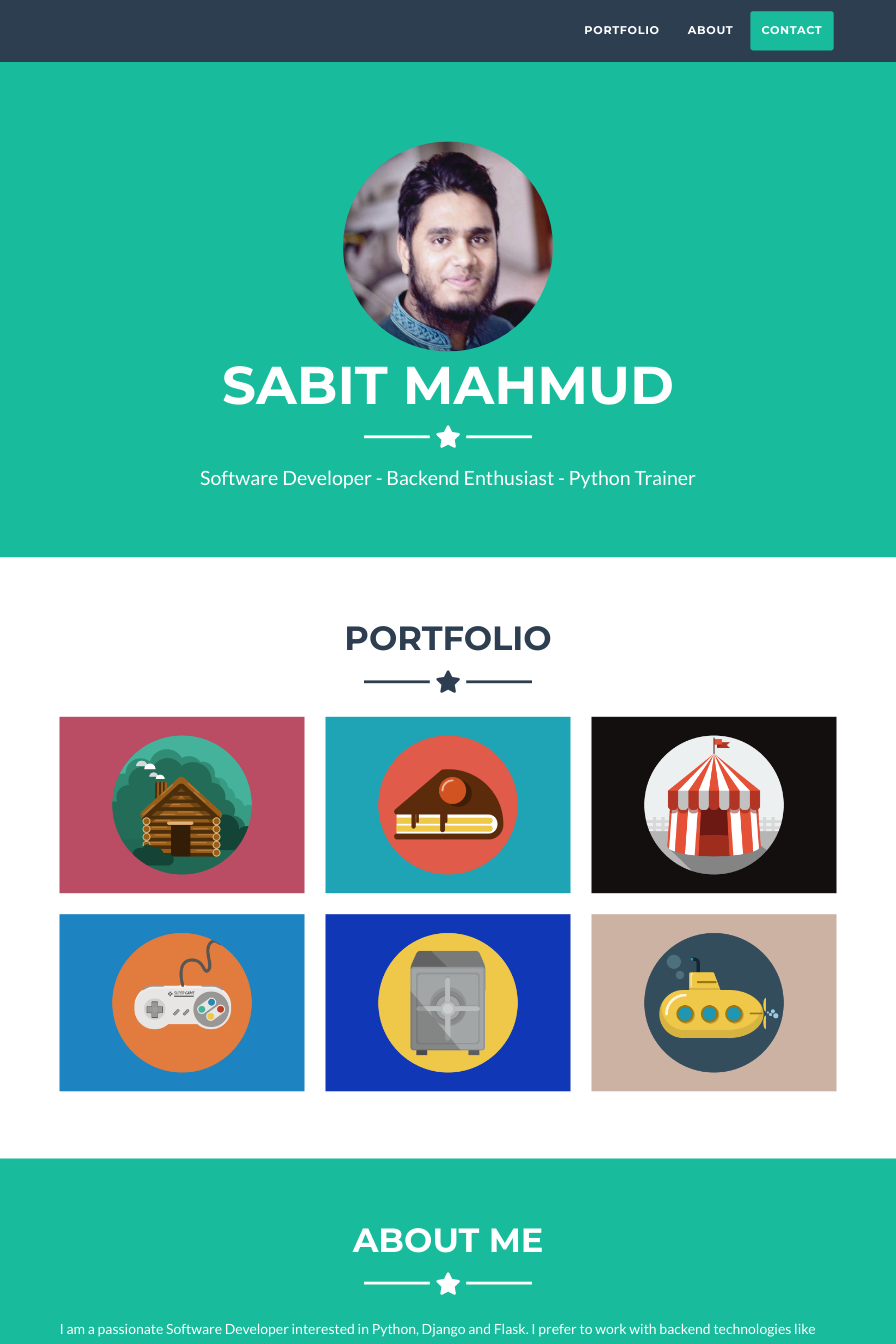
Repository: SabitDeepto/portfolio
Page: index.html
An editor plug-in stored every save of this project. The page is shown before and after the next save, followed by the edit.
The browser window is 1280 px wide. The pictures show the part of the page from y = 0 to 1920 px (the page is 3428 px tall), at 70% of full size.

Above is the page before, as saved 2019-04-04 23:50:01.

After the next save:
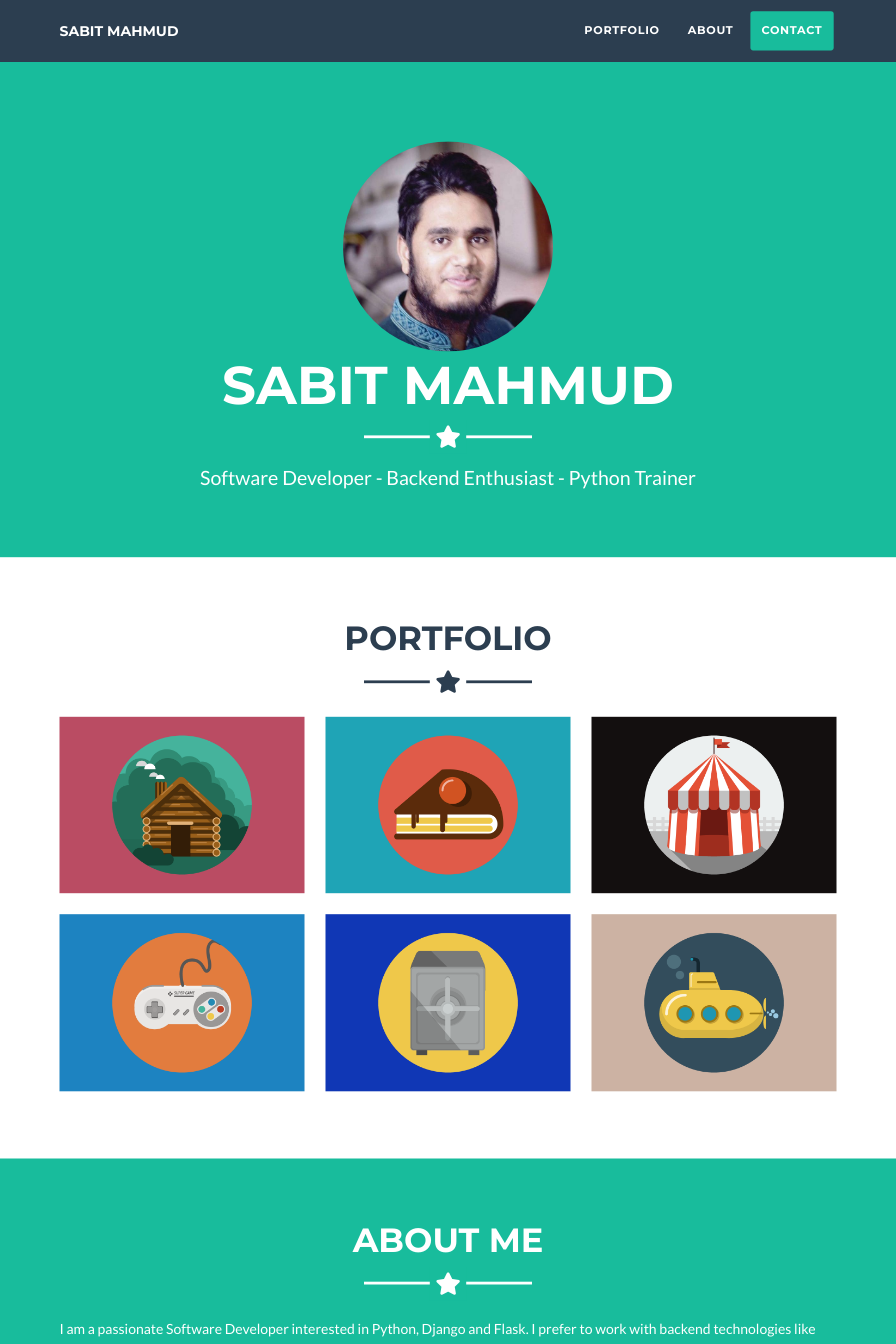
Saved 42 min 51 s later.
--- a/index.html
+++ b/index.html
@@ -31,7 +31,7 @@
   <!-- Navigation -->
   <nav class="navbar navbar-expand-lg bg-secondary fixed-top text-uppercase" id="mainNav">
     <div class="container">
-      <!-- <a class="navbar-brand js-scroll-trigger" href="#page-top">Sabit Mahmud</a> -->
+      <a class="navbar-brand js-scroll-trigger" href="#page-top">Sabit Mahmud</a>
       <button class="navbar-toggler navbar-toggler-right text-uppercase bg-primary text-white rounded" type="button" data-toggle="collapse" data-target="#navbarResponsive" aria-controls="navbarResponsive" aria-expanded="false" aria-label="Toggle navigation">
         Menu
         <i class="fas fa-bars"></i>
